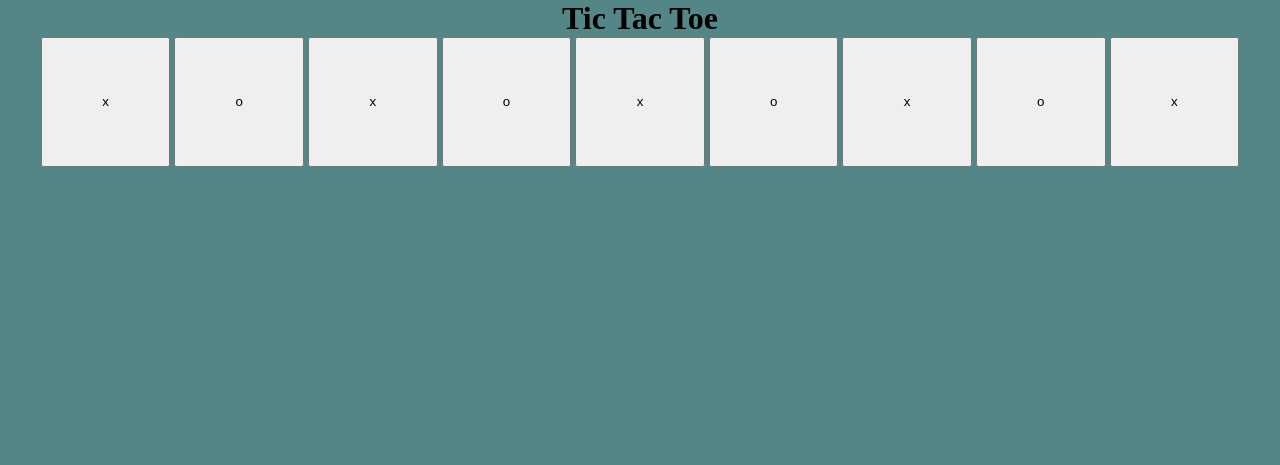
Repository: Mohitkumar1322/FrontendPracticee
Page: TicTacToeProject/index.html
These files come from the project's save history. The page is drawn as it stood at one moment and after the next save; the edit follows.
The browser window is 1280 px wide. The pictures show the whole page.

Above is the page before, as saved 2025-07-21 18:46:16.

### TicTacToeProject/index.html
<!DOCTYPE html>
<html lang="en">
<head>
    <meta charset="UTF-8">
    <meta name="viewport" content="width=device-width, initial-scale=1.0">
    <title>Tic Tac Toe</title>
    <link rel="stylesheet" href="style.css">
</head>
<body>
    <h1>Tic Tac Toe</h1>
<div class="container">
    <div class="game">
        <button class="box">x</button>
        <button class="box">o</button>
        <button class="box">x</button>
        <button class="box">o</button>
        <button class="box">x</button>
        <button class="box">o</button>
        <button class="box">x</button>

        <button class="box">o</button>
        <button class="box">x</button>

    </div>
</div>
    <script src="script.js"></script>
</body>
</html>

### TicTacToeProject/style.css
*{
    margin: 0;
    padding: 0;
    box-sizing: border-box;
}
body{
    background-color: #548687;
    text-align: center;
}
.container{


    height: 70vh;

}

.game{
    height: 60vmin;

}

.box{
    height: 18vmin;
    width: 18vmin;

}

Loaded but not shown: TicTacToeProject/script.js (no stored copy; drawn as an empty file)

After the next save:
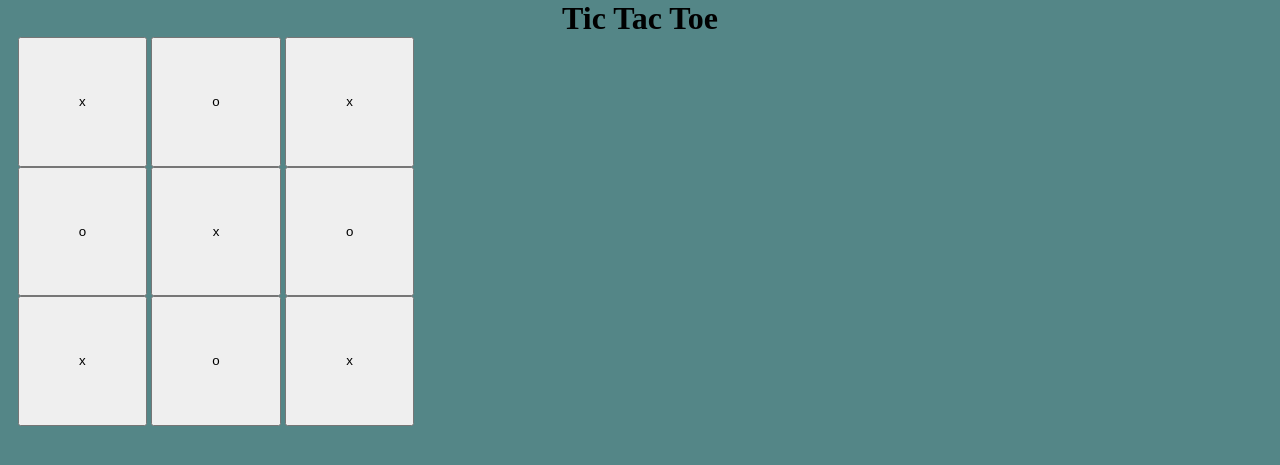
Saved 8 s later.
--- a/TicTacToeProject/style.css
+++ b/TicTacToeProject/style.css
@@ -16,6 +16,7 @@
 
 .game{
     height: 60vmin;
+    width: 60vmin;
 
 }
 
